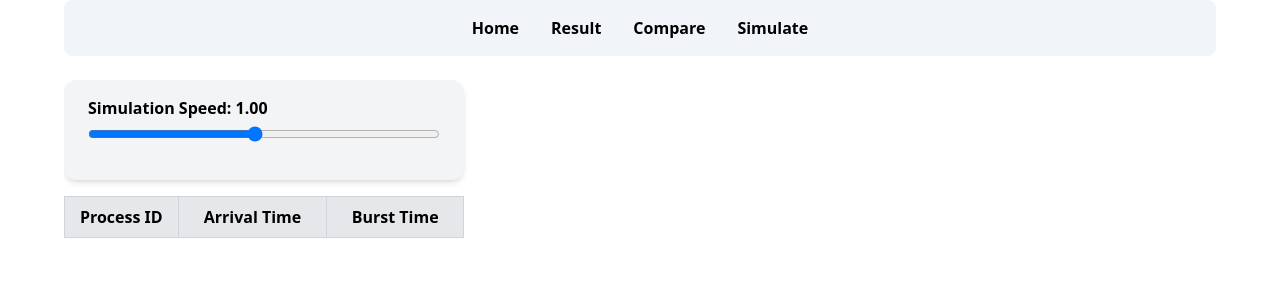
Repository: ujjwalkathait/Process_Scheduler
Page: /simulate
An editor plug-in stored every save of this project. The page is shown before and after the next save, followed by the edit.
The browser window is 1280 px wide. The pictures show the whole page.
The project was rebuilt for these pictures with package versions that can differ from the ones it lists, and the page was loaded fresh each time. Also part of the build but not shown: vite.config.js, src/components/CompareAlgorithmsChart.jsx, src/components/GanttChart.jsx, src/components/GanttChartTable.jsx, src/helpers/ComputeStatistics.js, src/algorithms/FCFS.js, src/algorithms/SJF.js, src/algorithms/Priority.js and 15 more.

Above is the page before, as saved 2025-05-16 09:33:24.

After the next save:
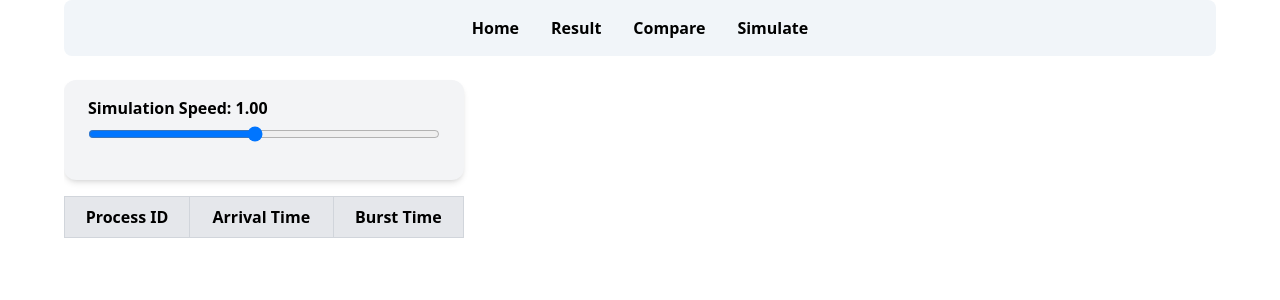
Saved 4 s later.
--- a/src/components/InputTable.jsx
+++ b/src/components/InputTable.jsx
@@ -7,8 +7,8 @@ const InputTable = ({selectedAlgorithm , processes}) => {
         <thead>
             <tr className="bg-gray-200">
             <th className="border border-gray-300 px-2 py-2">Process ID</th>
-            <th className="border border-gray-300 px-4 py-2">Arrival Time</th>
-            <th className="border border-gray-300 px-4 py-2">Burst Time</th>
+            <th className="border border-gray-300 px-2 py-2">Arrival Time</th>
+            <th className="border border-gray-300 px-2 py-2">Burst Time</th>
             {usesPriority && (
                 <th className="border border-gray-300 px-4 py-2">Priority</th>
             )}
